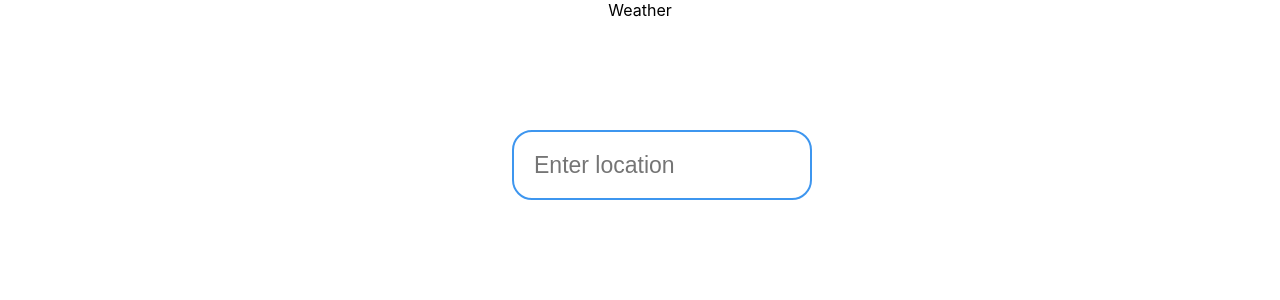
Repository: RenataDzotova/WeatherForecast
Page: /
The author's editor kept a copy of each file at every save. The page is drawn from the files as they stood at one save, then again after the next save.
The browser window is 1280 px wide. The pictures show the whole page.
The project was rebuilt for these pictures with package versions that can differ from the ones it lists, and the page was loaded fresh each time. The framework's server and built-in components were replaced by stand-ins that run in the browser. Also part of the build but not shown: next.config.js, styles/Home.module.css.

Above is the page before, as saved 2023-01-19 14:06:39.

### pages/index.js
import Head from 'next/head'
import Image from 'next/image'
import styles from '../styles/Home.module.css'
import axios from 'axios'
import { useState } from 'react'
import { FlexBox, Wrapper, Text, ImgPlaceholder } from '../styles/global'

export default function Home() {
  const [data, setData] = useState({});
  const [location, setLocation] = useState('');
  const [weather, setWeather] = useState();
  const [errorMessage, setErrorMessage] = useState('')

  const searchLocation = (event) => {
    if (event.key === "Enter"){
      axios.get(url)
      .then((response) => {
        console.clear()
        setData(response.data)
        console.log(response.data)
        setWeather(response.data.weather)
        setErrorMessage("")
      }) .catch(err => {
        console.log(err)
        setErrorMessage("Please enter another location")
        setData({})
        setWeather()
      })
      setLocation('')
    }
  }

  var apiKey = "f1c3aba9f416efdb16702d2866709e98";
  var lang = "en";
  var units = "metric";
  const url = `https://api.openweathermap.org/data/2.5/weather?q=${location}&units=${units}&appid=${apiKey}&lang=${lang}`

  return (
    <div>
      <Head>
        <title>Create Next App</title>
        <meta name="description" content="Generated by create next app" />
        <link rel="icon" href="/favicon.ico" />
        <link rel="preconnect" href="https://fonts.gstatic.com" crossorigin />
        <link
            href="https://fonts.googleapis.com/css2?family=Plus+Jakarta+Sans:ital,wght@0,200;0,300;0,400;0,500;0,600;0,700;0,800;1,200;1,300;1,400;1,500;1,600;1,700;1,800&display=swap"
            rel="stylesheet"
            />
        {/* <link rel="preconnect" href="https://fonts.googleapis.com">
        <link rel="preconnect" href="https://fonts.gstatic.com" crossorigin />
        <link href="https://fonts.googleapis.com/css2?family=Alef:wght@700&family=Besley:wght@400;500;600;700&family=Signika+Negative:wght@300;400;500;600;700&display=swap" rel="stylesheet"></link> */}
      </Head>

      <main>
        {errorMessage}
        <FlexBox>
          Weather
        </FlexBox>

        <input className='inputStyle'
        value = {location}
        onChange={event=> setLocation(event.target.value)}
        placeholder="Enter location"
        onKeyDown={searchLocation}
        type="text"
        style={{position:"absolute", top:"130px", left:"40%"}}
        >
        </input>

        {
          weather && weather.map((w, index) =>{
            return(
              <Wrapper bgImage={ data.main.temp.toFixed() < 0 || w.main=="Snow" ? "/alora-griffiths-HlnFco4i624-unsplash.jpg" : w.main=="Rain" || w.main=="Thunderstorm" ? "/nick-nice-ve-R7PCjJDk-unsplash.jpg" : "/kenrick-mills-MF9Wy1NA55I-unsplash-2.jpg"} key={index}>

                  <FlexBox dir="column" width="100%" height="100%">
                    <FlexBox dir="column" margin="200px 0 0 0">
                      <Text color="white" fontSize="65px" fontWeight="bold">{data.name}</Text>
                        <FlexBox alignItems="flex-start">
                          <Text color="white" fontSize="90px" fontWeight="bold">{data.main.temp.toFixed()}°</Text>
                          <FlexBox margin="15px 0 12px 10px"><Text color="white" fontSize="30px">{w.main} </Text></FlexBox>
                        </FlexBox>
                    </FlexBox>

                    <FlexBox flexWrap="wrap" margin="100px 0 0 0" bgColor="rgba(227, 227, 227, 0.25)" border="rgba(227, 227, 227) solid 2px" minHeight="130px" width="60%" borderRadius="30px" justifyContent="space-around" padding="0 20px 0 20px">
                      <FlexBox dir="column">
                        <Text color="white" fontSize="65px" fontWeight="700">{data.main.feels_like.toFixed()}°C</Text>
                        <Text color="white">Feels like</Text>
                      </FlexBox>
                      <FlexBox dir="column">
                        <Text color="white" fontSize="65px" fontWeight="700">{data.main.humidity}%</Text>
                        <Text color="white">Humidity</Text>
                      </FlexBox>
                      <FlexBox dir="column">
                        <FlexBox>
                          <Text color="white" fontSize="65px" fontWeight="700">{data.main.pressure}</Text>
                          <Text fontSize="20px" margin="0 0 15px 0" color="white">hPa</Text>
                        </FlexBox>
                        <Text color="white">Pressure</Text>
                      </FlexBox>
                      { data.wind.gust &&
                      <FlexBox dir="column">
                        <FlexBox>
                          <Text color="white" fontSize="65px" fontWeight="700">{data.wind.gust}</Text>
                          <Text fontSize="20px" margin="0 0 15px 0" color="white">M/s</Text>
                        </FlexBox>
                        <Text color="white">Wind</Text>
                      </FlexBox>
                      }
                    </FlexBox>
                  </FlexBox>
              </Wrapper>
            )
          })
        }
      </main>

      {/* <footer className={styles.footer}>
        <a
          href="https://vercel.com?utm_source=create-next-app&utm_medium=default-template&utm_campaign=create-next-app"
          target="_blank"
          rel="noopener noreferrer"
        >
          Powered by{' '}
          <span className={styles.logo}>
            <Image src="/vercel.svg" alt="Vercel Logo" width={72} height={16} />
          </span>
        </a>
      </footer> */}
    </div>
  )
}

### styles/globals.css
html,
body {
  padding: 0;
  margin: 0;
  font-family: -apple-system, BlinkMacSystemFont, Segoe UI, Roboto, Oxygen,
    Ubuntu, Cantarell, Fira Sans, Droid Sans, Helvetica Neue, sans-serif;
}

a {
  color: inherit;
  text-decoration: none;
}

.inputStyle{
  border-radius: 20px;
  height: 70px;
  width: 300px;
  font-size: 23px;
  padding: 20px;
  background-color: transparent;
  color: rgb(14, 40, 66);
  border: 2px solid rgb(62, 150, 239);
}

* {
  box-sizing: border-box;
}

@media (prefers-color-scheme: dark) {
  html {
    color-scheme: dark;
  }
  body {
    color: white;
    background: black;
  }
}

### styles/global.js
import styled from 'styled-components';

export const Text = styled.p`
    font-size: ${props=>props.fontSize || "21px"};
    font-weight: ${props=>props.fontWeight || "normal"};
    color: ${props=>props.color};
    margin: ${props=>props.margin || "0px"};

`


export const FlexBox = styled.div`
    display:flex;
    justify-content:${props=>props.justifyContent || "center"};
    align-items:${props=>props.alignItems || "center"};
    flex-direction:${props=>props.dir || "row"};
    flex-wrap: ${props=>props.flexWrap};
    width: ${props=>props.width};
    height: ${props=>props.height};
    background-color: ${props=>props.bgColor};
    padding: ${props=>props.padding};
    margin: ${props=>props.margin || "0px"};
    min-height: ${props=>props.minHeight};
    max-height: ${props=>props.maxHeight};
    background-image: ${props=>props.linearGradient || "none"}, url(${props=>props.bgImage});
    background-position: ${props=>props.bgPosition || "center"};
    background-size: ${props=>props.bgSize || "cover"};
    background-repeat: ${props=>props.bgRepeat};
    border-radius:${props=>props.borderRadius};
    filter: ${props=>props.filter};
    border: ${props=>props.border};
    z-index:${props=>props.zIndex};
    position: ${props=>props.position};
    top: ${props=>props.top};
    left:${props=>props.left};
    bottom: ${props=>props.bottom};
    border-bottom-style: ${props=>props.borderBottom};
    box-shadow: ${props=>props.boxShadow};
    border-top: ${props=>props.topBorder};
    border-bottom: ${props=>props.bottomBorder};
    color: ${props=>props.color};
    font-weight: ${props=>props.fontWeight};
    cursor: ${props=>props.cursor};
    max-width: ${props=>props.maxWidth};
    min-width: ${props=>props.minWidth};
    overflow-y: ${props=>props.overflowY};
    overflow-anchor: ${props=>props.overflowA};
    overflow-x: ${props=>props.overflowX};
`

export const Wrapper = styled(FlexBox) `
    width: 100vw;
    min-width: ${props=>props.minWidth};
    height: ${props=>props.height || "100vh"};
    padding:${props=>props.padding};
    overflow-x: ${props=>props.overflowX};
    overflow-y: ${props=>props.overflowY};
    background-image: ${props=>props.linearGradient || "none"}, url(${props=>props.bgImage});
    background-position: ${props=>props.bgPosition || "center"};
    background-size: ${props=>props.bgSize || "cover"};
`


export const ImgPlaceholder = styled.div`
    width: ${props=>props.width || "134px"};
    height: ${props=>props.height || "154px"};
    border-radius: ${props=>props.borderRadius || "8px 0px 0px 8px"};
    background-image: url(${props=>props.bgImage});
    margin: ${props=>props.margin};
    position: ${props=>props.position};
    top: ${props=>props.top};
    background-position: center;
    background-size: cover;
`

Loaded but not shown: pages/_app.js (common file)

After the next save:
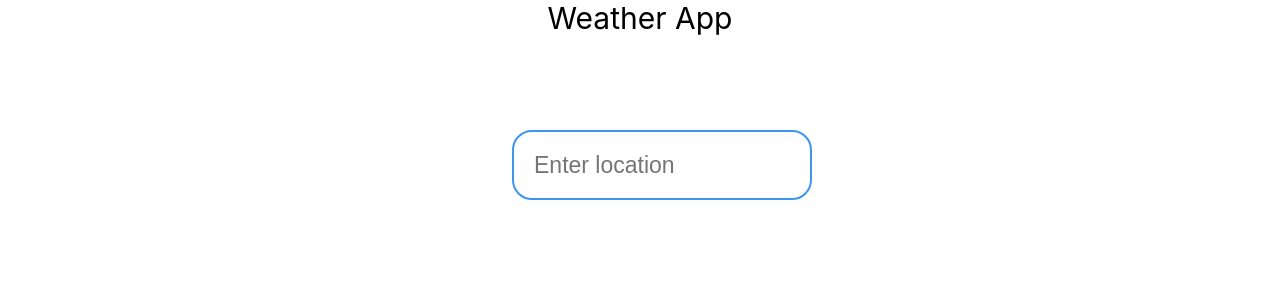
Saved 2 min 22 s later.
--- a/pages/index.js
+++ b/pages/index.js
@@ -54,7 +54,9 @@ export default function Home() {
       <main>
         {errorMessage}
         <FlexBox>
-          Weather
+          <Text fontSize="30px">
+          Weather App
+          </Text>
         </FlexBox>
 
         <input className='inputStyle'
